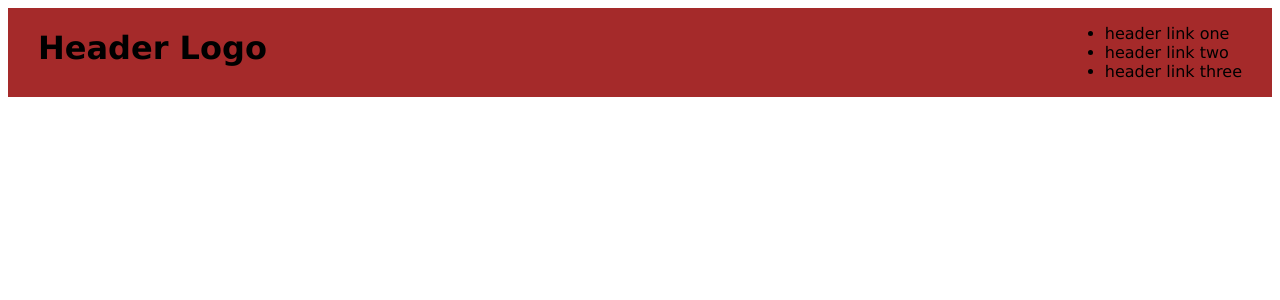
Repository: nlsukhde/porfolio
Page: index.html
These files come from the project's save history. The page is drawn as it stood at one moment and after the next save; the edit follows.
The browser window is 1280 px wide. The pictures show the whole page.

Above is the page before, as saved 2025-06-19 16:22:36.

After the next save:
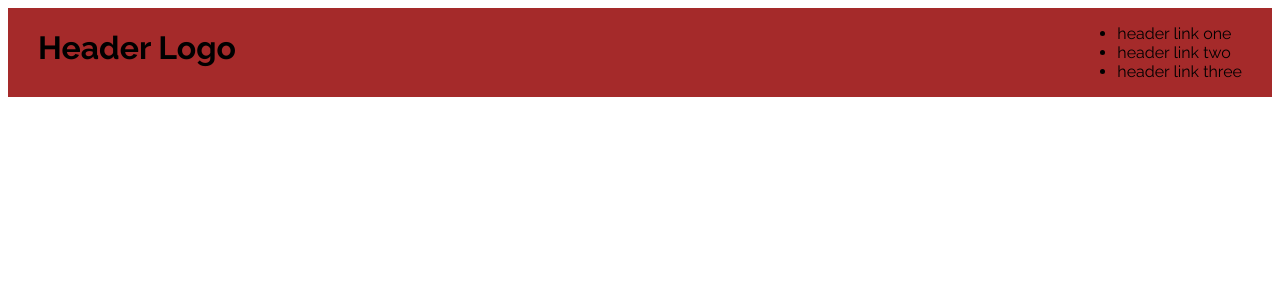
Saved 32 s later.
--- a/app.css
+++ b/app.css
@@ -3,7 +3,10 @@
 }
 
 body{
-    font-family: 'Lucida Sans', 'Lucida Sans Regular', 'Lucida Grande', 'Lucida Sans Unicode', Geneva, Verdana, sans-serif;
+    font-family: "Raleway", sans-serif;
+  font-optical-sizing: auto;
+  font-weight: <weight>;
+  font-style: normal;
 }
 
 header{
